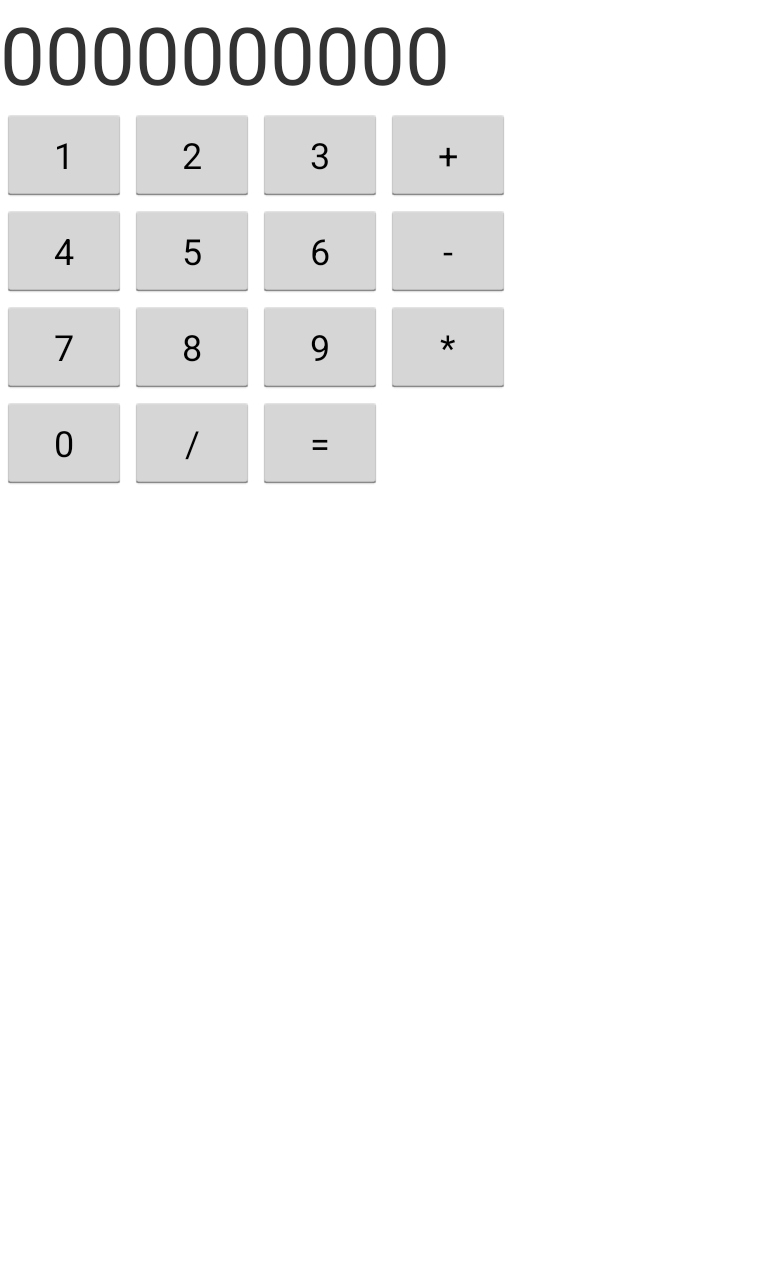
Repository: sfranco/Android
Layout: Calculadora/res/layout/activity_main.xml
The author's editor kept a copy of each file at every save. The layout is drawn from the files as they stood at one save, then again after the next save.
It is drawn on a 768 x 1280 px phone screen (xhdpi) without system bars, with theme AppTheme; the app's code is not run.

Above is the layout before, as saved 2013-08-23 17:09:23.

After the next save:
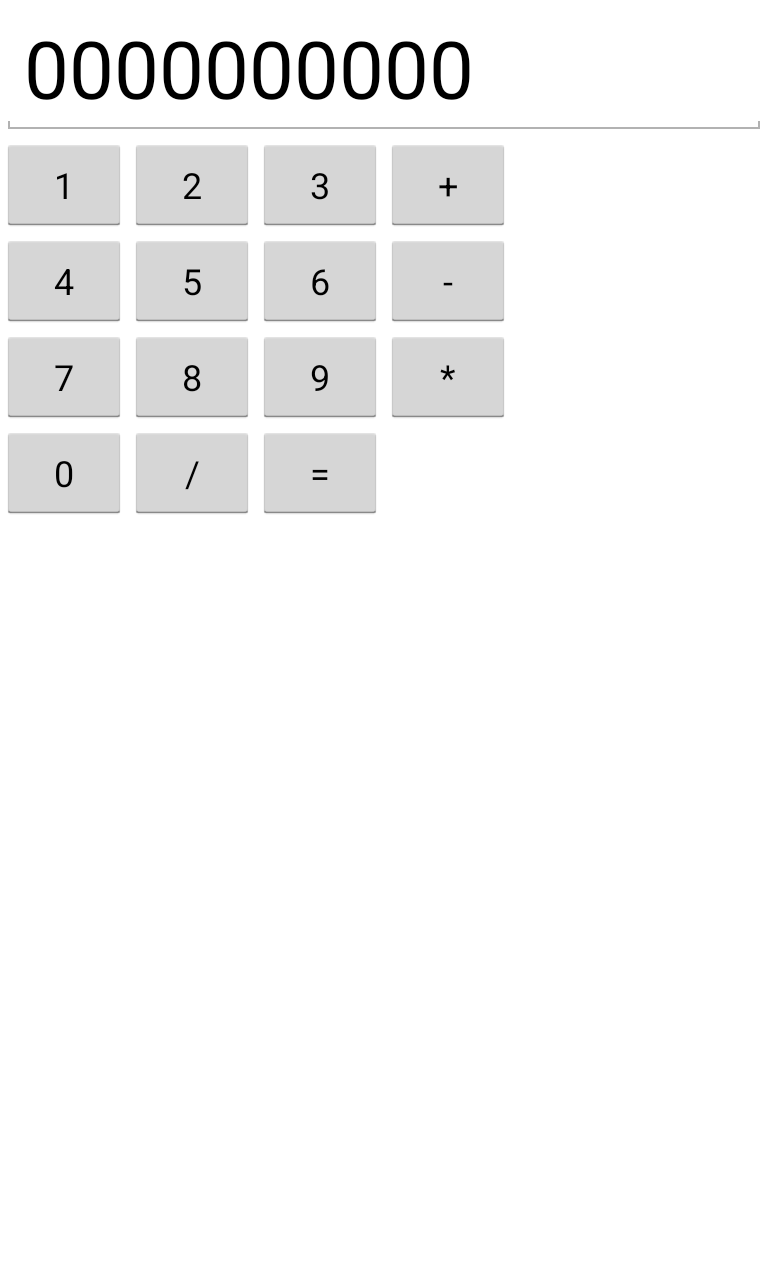
Saved 3 min 51 s later.
--- a/Calculadora/res/layout/activity_main.xml
+++ b/Calculadora/res/layout/activity_main.xml
@@ -3,14 +3,13 @@
     android:layout_height="match_parent"
     android:orientation="vertical" >
 
-    <TextView
+    <EditText
         android:id="@+id/solucion"
         android:textSize="40sp"
         android:layout_width="fill_parent"
 		android:layout_height="wrap_content"
-		android:text="0000000000"
-        >
-        </TextView>
+		android:text="0000000000">
+    </EditText>
 
     <TableLayout
         android:layout_width="fill_parent"
